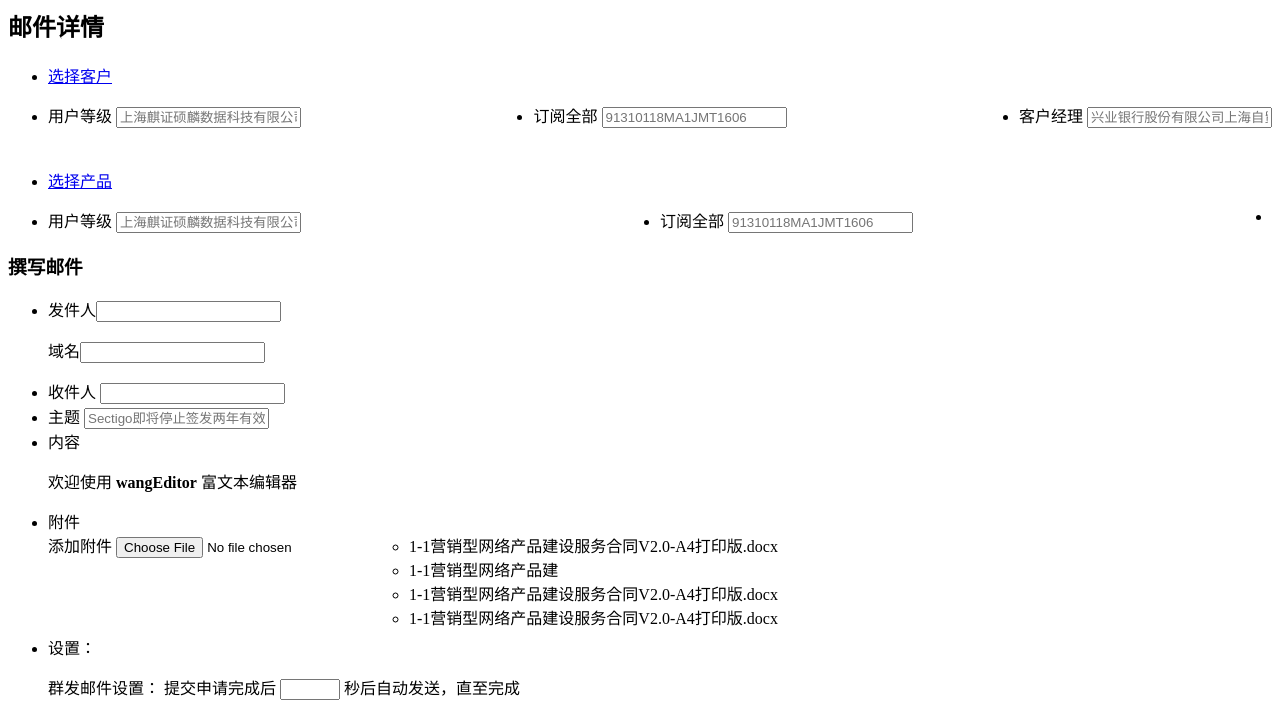
Repository: wangyan466393/racentSystem
Page: createEmail.html
An editor plug-in stored every save of this project. The page is shown before and after the next save, followed by the edit.
The browser window is 1280 px wide. The pictures show the whole page.

Above is the page before, as saved 2020-08-11 14:07:12.
Console error: ReferenceError: $ is not defined

After the next save:
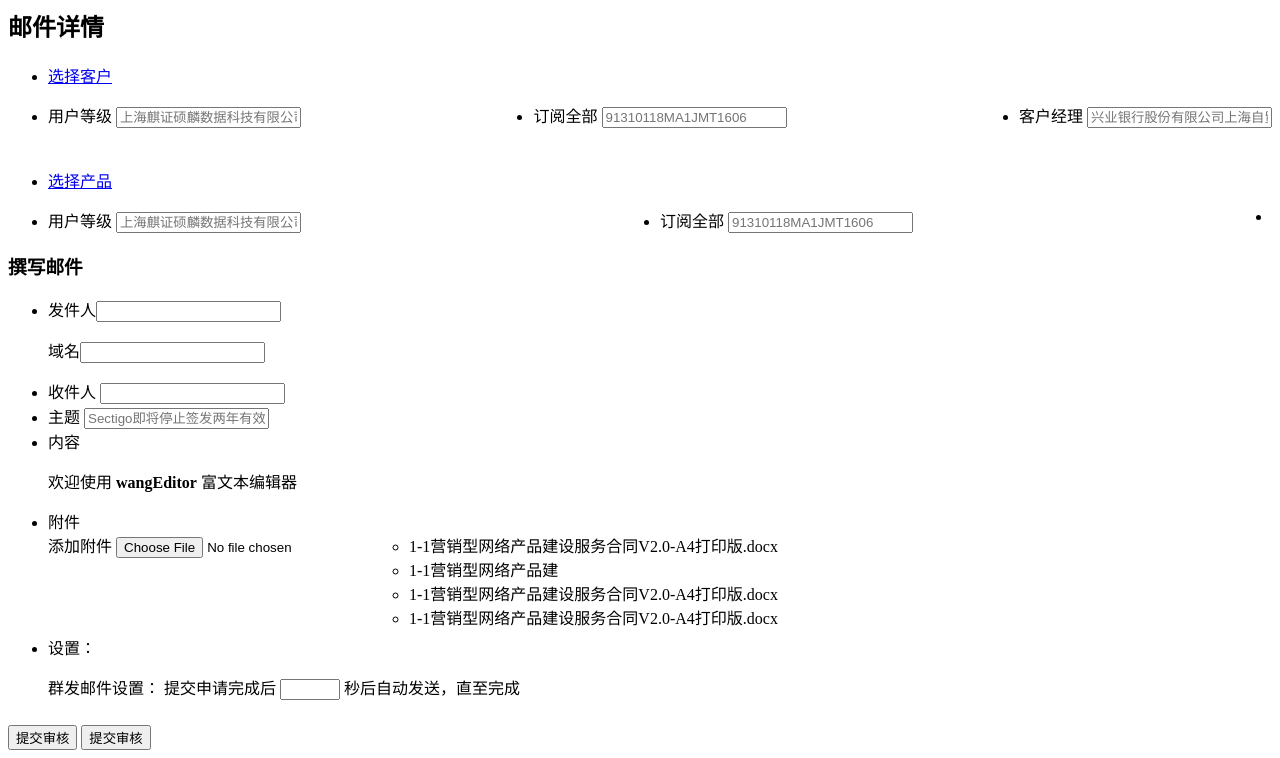
Saved 85 s later.
--- a/createEmail.html
+++ b/createEmail.html
@@ -124,7 +124,10 @@
         </ul>
     </div>
 </div>
-
+<div>
+    <button type="button">提交审核</button>
+    <button type="button">提交审核</button>
+</div>
 <script src="js/wangEditor.min.js"></script>
 <script type="text/javascript">
 
